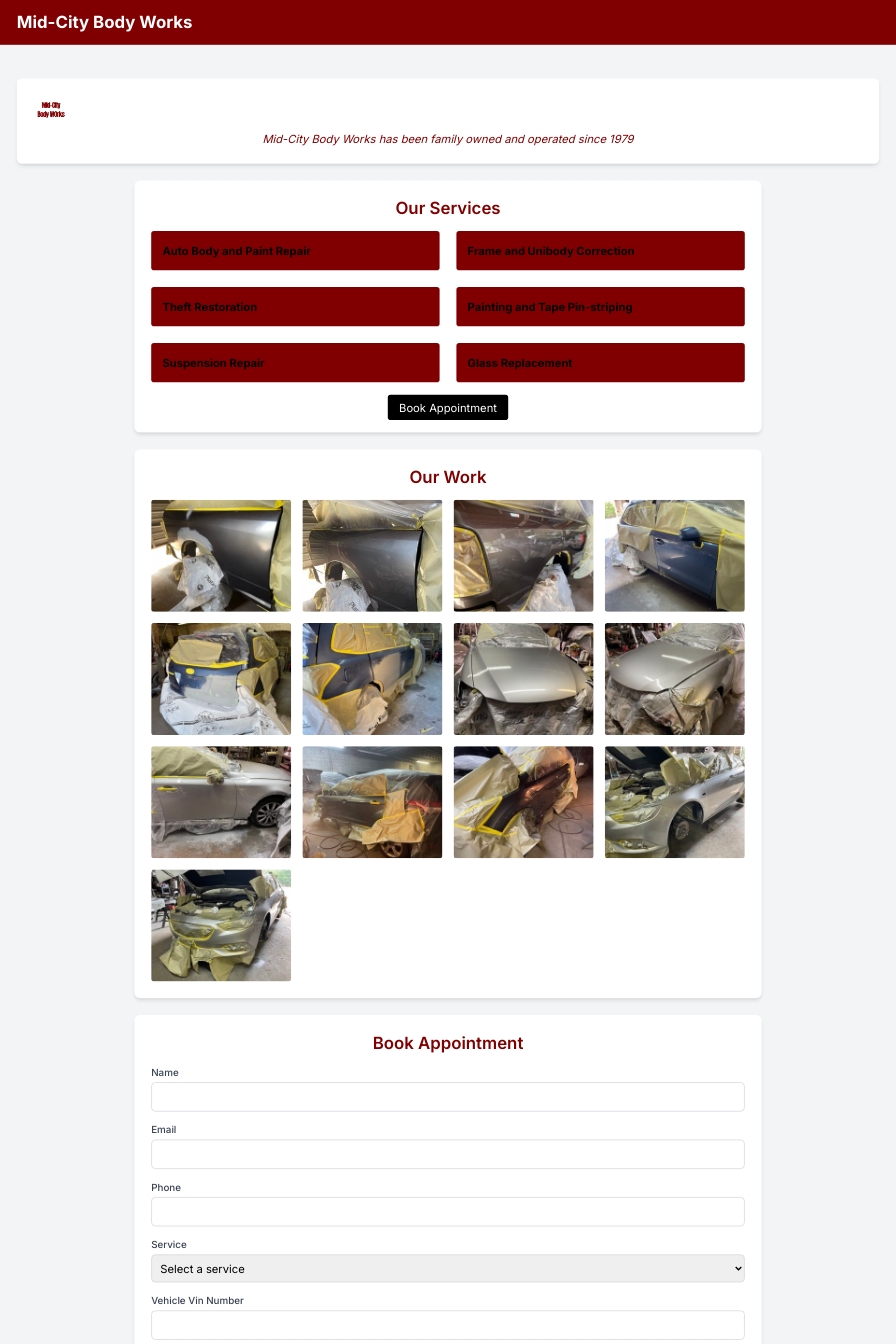
Repository: kayacancode/midcitybodyworks
Page: /
An editor plug-in stored every save of this project. The page is shown before and after the next save, followed by the edit.
The browser window is 1280 px wide. The pictures show the part of the page from y = 0 to 1920 px (the page is 2518 px tall before and 2668 px after), at 70% of full size.
The project was rebuilt for these pictures with package versions that can differ from the ones it lists, and the page was loaded fresh each time. The framework's server and built-in components were replaced by stand-ins that run in the browser. Also part of the build but not shown: next.config.mjs.

Above is the page before, as saved 2024-06-30 13:25:30.

### src/app/layout.js
import { Inter } from "next/font/google";
import "./globals.css";

const inter = Inter({ subsets: ["latin"] });

export const metadata = {
  title: "Mid-City Body Works",
  description: "Mid-City Body Works offers professional auto body and paint repair, frame and unibody correction, theft restoration, painting and tape pin-striping, suspension repair, and glass replacement services in Memphis. Book your appointment today!",
};

export default function RootLayout({ children }) {
  return (
    <html lang="en">
      <body className={inter.className}>{children}</body>
    </html>
  );
}

### src/app/page.js
"use client";

import Image from "next/image";
import { useState } from 'react';
import Head from "next/head";
export default function Home() {
  const [formData, setFormData] = useState({
    name: '',
    email: '',
    phone: '',
    service: '',
    date: '',
    message: '',
    vechiclevin:'',
    licenseplate:'',

  });

  const handleChange = (e) => {
    setFormData({ ...formData, [e.target.name]: e.target.value });
  };

  const handleSubmit = (e) => {
    e.preventDefault();

    // Send form data to Formspree
    fetch('https://formspree.io/f/xblrjrng', {
      method: 'POST',
      headers: {
        'Content-Type': 'application/json'
      },
      body: JSON.stringify(formData)
    })
      .then((response) => {
        if (response.ok) {
          alert('Your appointment request has been sent!');
        } else {
          alert('There was a problem with your submission.');
        }
      })
      .catch((error) => {
        console.error('Error:', error);
        alert('There was a problem with your submission.');
      });
  };

  return (
    <div className="min-h-screen bg-gray-100 flex flex-col">
            <Head>
        <title>Mid-City Body Works | Memphis Collision Repair Body Shop</title>
        <meta name="description" content="Mid-City Body Works offers professional auto body and paint repair, frame and unibody correction, theft restoration, painting and tape pin-striping, suspension repair, and glass replacement services in Memphis. Book your appointment today!" />
        <meta name="keywords" content="Memphis collision repair, auto body shop, paint repair, frame correction, theft restoration, pin-striping, suspension repair, glass replacement, Mid-City Body Works" />
        <meta name="author" content="Mid-City Body Works" />
        <meta name="viewport" content="width=device-width, initial-scale=1.0" />
        <meta property="og:title" content="Mid-City Body Works | Memphis Collision Repair Body Shop" />
        <meta property="og:description" content="Mid-City Body Works offers professional auto body and paint repair, frame and unibody correction, theft restoration, painting and tape pin-striping, suspension repair, and glass replacement services in Memphis. Book your appointment today!" />
        <meta property="og:url" content="https://www.midcitybodyworks.com" />
        <meta property="og:type" content="website" />
      </Head>
      {/* Navigation Bar */}
      <header className="bg-[#800001] text-white w-full py-4 flex justify-between items-center px-6">
        <div className="text-2xl font-bold">Mid-City Body Works</div>

      </header>

      {/* Hero Section */}
      <main className="flex flex-col items-center p-6">
        <section id="home" className="w-full bg-white p-6 rounded-lg shadow-md mt-6 text-center text-[#800001]">
          {/* <h1 className="text-4xl font-bold text-[#800001]">Mid-City Body Works</h1> */}
          <div></div>
          <Image src="/logo1.png" alt="Placeholder Image 1" width = {50} height={50} className="rounded" />

          <p className="italic">Mid-City Body Works has been family owned and operated since 1979</p>
        </section>

        {/* Our Services Section */}
        <section className="w-full max-w-4xl bg-white p-6 rounded-lg shadow-md mt-6">
          <h2 className="text-2xl font-semibold mb-4 text-[#800001] text-center">Our Services</h2>
          <div className="grid grid-cols-1 sm:grid-cols-2 gap-6">
            <div className="bg-[#800001] p-4 rounded">
              <h3 className="font-bold">Auto Body and Paint Repair</h3>
            </div>
            <div className="bg-[#800001] p-4 rounded">
              <h3 className="font-bold">Frame and Unibody Correction</h3>
            </div>
            <div className="bg-[#800001] p-4 rounded">
              <h3 className="font-bold">Theft Restoration</h3>
            </div>
            <div className="bg-[#800001] p-4 rounded">
              <h3 className="font-bold">Painting and Tape Pin-striping</h3>
            </div>
            <div className="bg-[#800001] p-4 rounded">
              <h3 className="font-bold">Suspension Repair</h3>
            </div>
            <div className="bg-[#800001] p-4 rounded">
              <h3 className="font-bold">Glass Replacement</h3>
            </div>
          </div>
          <div className="text-center mt-6">
            <a href="#appointment" className="bg-black text-white px-4 py-2 rounded hover:bg-[#800001]">Book Appointment</a>
          </div>
        </section>

        {/*  Photo Section */}
        <section className="w-full max-w-4xl bg-white p-6 rounded-lg shadow-md mt-6">
          <h2 className="text-2xl font-semibold mb-4 text-center text-[#800001]">Our Work</h2>
          <div className="grid grid-cols-2 sm:grid-cols-4 gap-4">
            <div className="relative w-full h-40">
              <Image src="/car1.png" alt="Placeholder Image 1" layout="fill" objectFit="cover" className="rounded" />
            </div>
            <div className="relative w-full h-40">
              <Image src="/car2.jpeg" alt="Placeholder Image 2" layout="fill" objectFit="cover" className="rounded" />
            </div>
            <div className="relative w-full h-40">
              <Image src="/car3.jpeg" alt="Placeholder Image 3" layout="fill" objectFit="cover" className="rounded" />
            </div>
            <div className="relative w-full h-40">
              <Image src="/car4.jpeg" alt="Placeholder Image 4" layout="fill" objectFit="cover" className="rounded" />
            </div>
            <div className="relative w-full h-40">
              <Image src="/car5.jpeg" alt="Placeholder Image 4" layout="fill" objectFit="cover" className="rounded" />
            </div>
            <div className="relative w-full h-40">
              <Image src="/car6.jpeg" alt="Placeholder Image 4" layout="fill" objectFit="cover" className="rounded" />
            </div>
            <div className="relative w-full h-40">
              <Image src="/car7.jpeg" alt="Placeholder Image 4" layout="fill" objectFit="cover" className="rounded" />
            </div>
            <div className="relative w-full h-40">
              <Image src="/car8.jpeg" alt="Placeholder Image 4" layout="fill" objectFit="cover" className="rounded" />
            </div>
            <div className="relative w-full h-40">
              <Image src="/car9.png" alt="Placeholder Image 4" layout="fill" objectFit="cover" className="rounded" />
            </div>
            <div className="relative w-full h-40">
              <Image src="/car10.jpeg" alt="Placeholder Image 4" layout="fill" objectFit="cover" className="rounded" />
            </div>
            <div className="relative w-full h-40">
              <Image src="/car11.jpeg" alt="Placeholder Image 4" layout="fill" objectFit="cover" className="rounded" />
            </div>
            <div className="relative w-full h-40">
              <Image src="/car12.jpeg" alt="Placeholder Image 4" layout="fill" objectFit="cover" className="rounded" />
            </div>
            <div className="relative w-full h-40">
              <Image src="/car13.jpeg" alt="Placeholder Image 4" layout="fill" objectFit="cover" className="rounded" />
            </div>
          </div>
        </section>
        <section id="appointment" className="w-full max-w-4xl bg-white p-6 rounded-lg shadow-md mt-6 text-[#800001]">
          <h2 className="text-2xl font-semibold mb-4 text-[#800001] text-center">Book Appointment</h2>
          <form onSubmit={handleSubmit} className="space-y-4">
            <div>
              <label htmlFor="name" className="block text-sm font-medium text-gray-700">Name</label>
              <input
                type="text"
                name="name"
                id="name"
                value={formData.name}
                onChange={handleChange}
                required
                className="mt-1 p-2 block w-full border border-gray-300 rounded-md"
              />
            </div>
            <div>
              <label htmlFor="email" className="block text-sm font-medium text-gray-700">Email</label>
              <input
                type="email"
                name="email"
                id="email"
                value={formData.email}
                onChange={handleChange}
                required
                className="mt-1 p-2 block w-full border border-gray-300 rounded-md"
              />
            </div>
            <div>
              <label htmlFor="phone" className="block text-sm font-medium text-gray-700">Phone</label>
              <input
                type="tel"
                name="phone"
                id="phone"
                value={formData.phone}
                onChange={handleChange}
                required
                className="mt-1 p-2 block w-full border border-gray-300 rounded-md"
              />
            </div>
            <div>
              <label htmlFor="service" className="block text-sm font-medium text-gray-700">Service</label>
              <select
                name="service"
                id="service"
                value={formData.service}
                onChange={handleChange}
                required
                className="mt-1 p-2 block w-full border border-gray-300 rounded-md text-black"
              >
                <option value="">Select a service</option>
                <option value="Auto Body and Paint Repair">Auto Body and Paint Repair</option>
                <option value="Frame and Unibody Correction">Frame and Unibody Correction</option>
                <option value="Theft Restoration">Theft Restoration</option>
                <option value="Painting and Tape Pin-striping">Painting and Tape Pin-striping</option>
                <option value="Suspension Repair">Suspension Repair</option>
                <option value="Glass Replacement">Glass Replacement</option>
              </select>
            </div>
            <div>
            <label htmlFor="vechiclevin" className="block text-sm font-medium text-gray-700">Vehicle Vin Number</label>
              <input
                type="vechiclevin"
                name="vechiclevin"
                id="vechiclevin"
                value={formData.vechiclevin}
                onChange={handleChange}
                required
                className="mt-1 p-2 block w-full border border-gray-300 rounded-md"
              />
            </div>
            <div>
            <label htmlFor="licenseplate" className="block text-sm font-medium text-gray-700">License Plate</label>
              <input
                type="licenseplate"
                name="licenseplate"
                id="licenseplate"
                value={formData.licenseplate}
                onChange={handleChange}
                required
                className="mt-1 p-2 block w-full border border-gray-300 rounded-md"
              />
            </div>
            <div>
              <label htmlFor="date" className="block text-sm font-medium text-gray-700">Preferred Date</label>
              <input
                type="date"
                name="date"
                id="date"
                value={formData.date}
                onChange={handleChange}
                required
                className="mt-1 p-2 block w-full border border-gray-300 rounded-md"
              />
            </div>
            <div>
              <label htmlFor="message" className="block text-sm font-medium text-gray-700">Message</label>
              <textarea
                name="message"
                id="message"
                value={formData.message}
                onChange={handleChange}
                rows="4"
                className="mt-1 p-2 block w-full border border-gray-300 rounded-md"
              ></textarea>
            </div>
            <div className="text-center">
              <button
                type="submit"
                className="bg-black text-white px-4 py-2 rounded hover:bg-[#800001]"
              >
                Submit
              </button>
            </div>
          </form>
        </section>
      </main>

      {/* Footer */}
      <footer className="bg-gray-800 text-white w-full py-6 mt-6">
        <div className="text-center">
          <h3 className="text-xl font-semibold mb-2">Contact Us</h3>
          <p>Address: 1336 N Watkins St, Memphis, TN 38108 </p>
          <p>Phone: (901) 270-8466</p>
          <p>Email: midcitybodyworks901@gmail.com</p>
        </div>
      </footer>
    </div>
  );
}

Loaded but not shown: src/app/globals.css (common file); tailwind.config.js (common file)

After the next save:
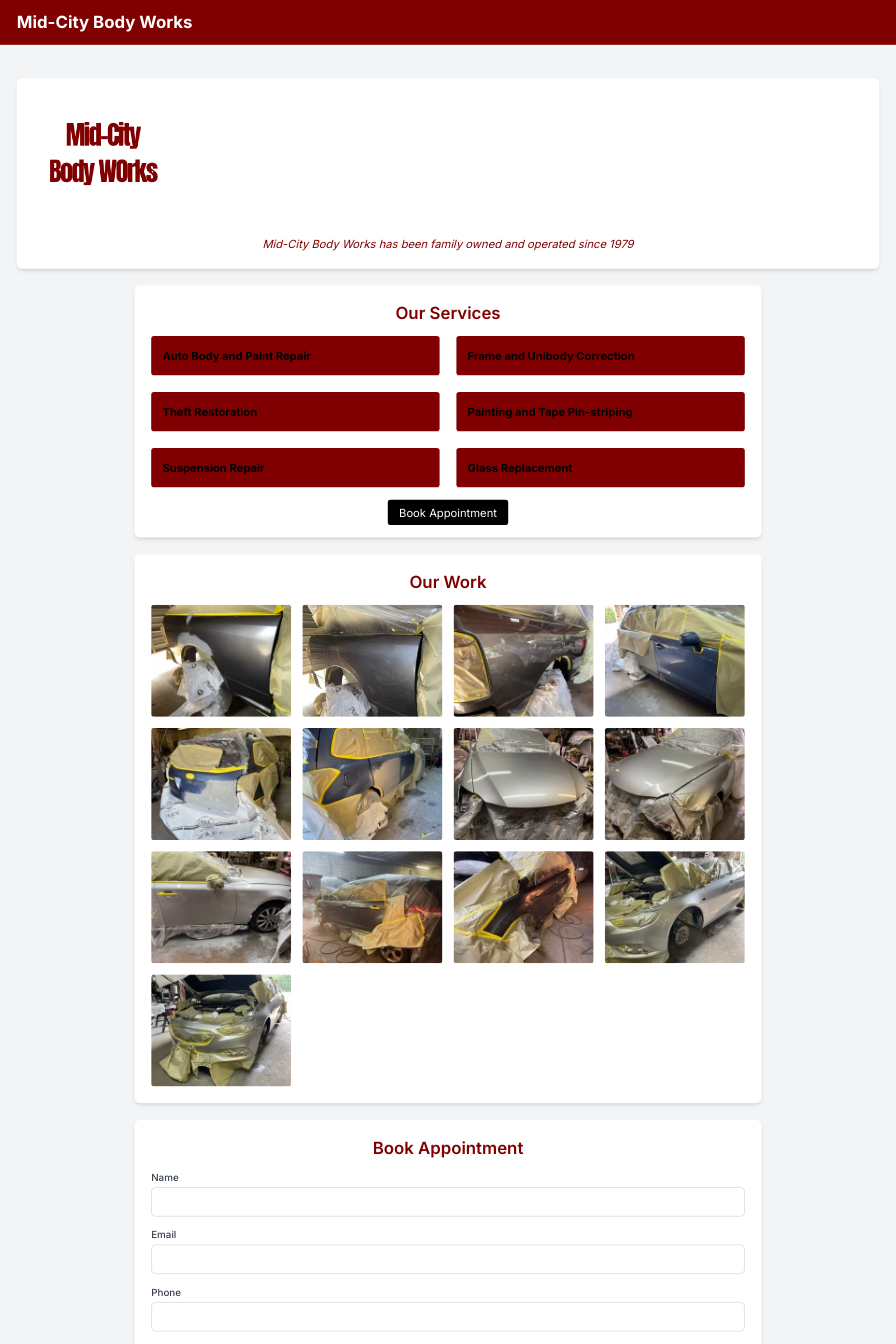
Saved 7 s later.
--- a/src/app/page.js
+++ b/src/app/page.js
@@ -68,7 +68,7 @@ export default function Home() {
         <section id="home" className="w-full bg-white p-6 rounded-lg shadow-md mt-6 text-center text-[#800001]">
           {/* <h1 className="text-4xl font-bold text-[#800001]">Mid-City Body Works</h1> */}
           <div></div>
-          <Image src="/logo1.png" alt="Placeholder Image 1" width = {50} height={50} className="rounded" />
+          <Image src="/logo1.png" alt="Placeholder Image 1" width = {200} height={200} className="rounded" />
 
           <p className="italic">Mid-City Body Works has been family owned and operated since 1979</p>
         </section>
